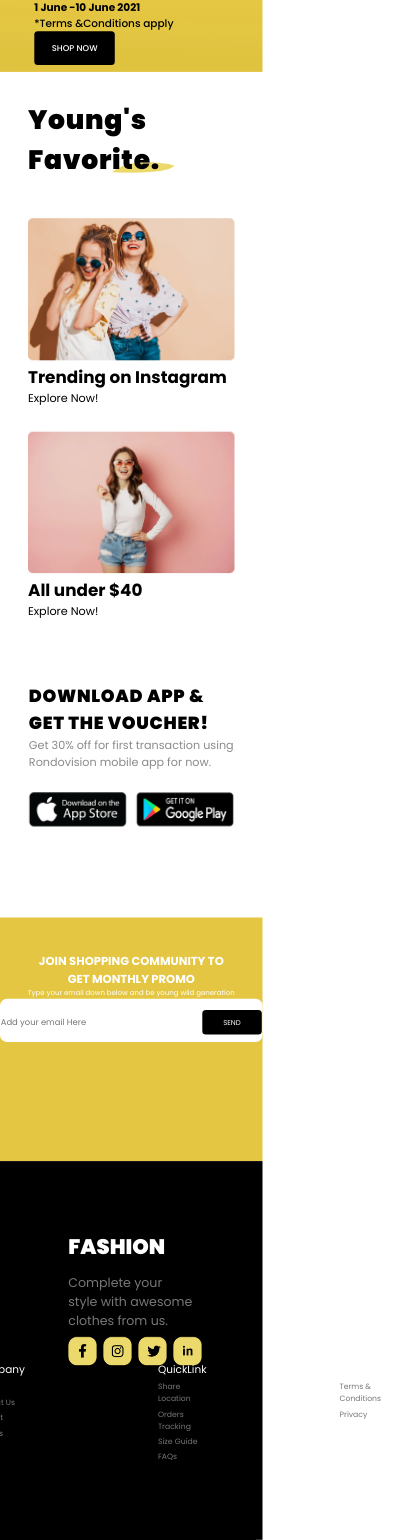
Repository: isaacCodes1/FashionWebsite
Page: index.html
An editor plug-in stored every save of this project. The page is shown before and after a run of saves, followed by the edit.
The browser window is 375 px wide. The page is 564 px wide, so the pictures cover 564 px, including what lies to the right of the window. The pictures show the part of the page from y = 3304 to 5544 px (the page is 5504 px tall before and 5544 px after), at 70% of full size.

Above is the page before, as saved 2024-03-18 12:09:06.

### index.html
<!DOCTYPE html>
<html lang="en">
  <head>
    <meta charset="UTF-8" />
    <meta name="viewport" content="width=device-width, initial-scale=1.0" />
    <title>Shopping Site Assignment</title>
    <link rel="stylesheet" href="style.css" />
    <link rel="stylesheet" href="/Media Query.css">
  </head>
  <body>
    <header>
      <nav>
        <!--------- NavItems ------->
        <div class="image">
          <a href="#"><img src="/Assets/Vector (3).png" />FASHION</a>
        </div>
        <div class="navItems">
          <ul>
            <li><a href="#">CATALOGUE</a></li>
            <li><a href="#">FASHION</a></li>
            <li><a href="#">FAVORITE</a></li>
            <li><a href="#">LIFESTYLE</a></li>
          </ul>
          <button>SIGN UP</button>
        </div>
      </nav>
    </header>
    <main>
      <!------- FirstPage ------>
      <section class="firstPageCont">
        <div class="FirstPage">
          <div class="txtCont">
            <h1>
              <span class="spn1">LET'S <br /></span>EXPLORE <br />
              <span class="spn2">UNIQUE <br /></span>CLOTHES.
            </h1>
            <p>Live for Influential and Innovative fashion!</p>
            <div class="txtBtn">
              <img src="/Assets/Vector 9.png" alt="" />
              <button class="btns">Shop Now</button>
            </div>
          </div>
          <div class="imgCont">
            <div class="star1"><img src="/Assets/Star 11.png" alt="" /></div>
            <div class="star2"><img src="/Assets/Star 11.png" alt="" /></div>
            <div class="star3"><img src="/Assets/Star 11.png" alt="" /></div>
            <div class="star4"><img src="/Assets/Star 11.png" alt="" /></div>
            <img src="/Assets/girl.png" alt="" />
          </div>
        </div>
      </section>
      <!------ Logos ------->
      <section class="firstPageFooter">
        <div class="logoCont">
          <img src="/Assets/HM.png" alt="" />
          <img src="/Assets/Obey.png" alt="" />
          <img src="/Assets/Shopify.png" alt="" />
          <img src="/Assets/Lacoste.png" alt="" />
          <img src="/Assets/Levis.png" alt="" />
          <img src="/Assets/Amazon.png" alt="" />
        </div>
      </section>
      <section class="nextPageCont">
        <div class="nextPageText">
          <h1>NEW ARRIVALS</h1>
          <img src="/Assets/Vector 9.png" alt="" />
        </div>
        <div class="prettyImages">
          <div class="Images">
            <div class="prettyImg">
              <img src="/Assets/image1.png" alt="" />
            </div>
            <div class="prettyText">
              <div class="txtIcon">
                <h1>Hoodies & Sweatshirt</h1>
                <p>Explore Now!</p>
              </div>
              <div class="icons"></div>
            </div>
          </div>
          <div class="Images">
            <div class="prettyImg">
              <img src="/Assets/image2.png" alt="" />
            </div>
            <div class="prettyText">
              <div class="txtIcon">
                <h1>Coats & Parkas</h1>
                <p>Explore Now!</p>
              </div>
              <div class="icons"></div>
            </div>
          </div>
          <div class="Images">
            <div class="prettyImg">
              <img src="/Assets/image3.png" alt="" />
            </div>
            <div class="prettyText">
              <div class="txtIcon">
                <h1>Tees & T-Shirt</h1>
                <p>Explore Now!</p>
              </div>
              <div class="icons"></div>
            </div>
          </div>
        </div>
      </section>
      <section class="payDay">
        <div class="genDiv">
          <div class="yellowImg">
            <img src="/Assets/image 12.png" alt="" />
          </div>
          <div class="yellowTxt">
            <h1><span class="spn3">PAYDAY</span>SALE NOW</h1>
            <p>
              Spend minimal $100 get 30% off <br />voucher code for your next
              purchase
            </p>
            <p><strong>1 June -10 June 2021</strong></p>
            <p class="para">*Terms &Conditions apply</p>
            <button class="btn">SHOP NOW</button>
          </div>
        </div>
      </section>
      <!--------   Images   ------->
      <section class="nextPageCont">
        <div class="nextPageText">
          <h1>Young's Favorite.</h1>
          <img class="vector" src="/Assets/Vector 9.png" alt="" />
        </div>
        <div class="prettyImages">
          <div class="Images">
            <div class="prettyImg">
              <img src="/Assets/Girls.png" alt="" />
            </div>
            <div class="prettyText">
              <div class="txtIcon">
                <h1>Trending on Instagram</h1>
                <p>Explore Now!</p>
              </div>
              <div class="icons"></div>
            </div>
          </div>

          <div class="Images">
            <div class="prettyImg">
              <img src="/Assets/Rectangle 49.png" alt="" />
            </div>
            <div class="prettyText">
              <div class="txtIcon">
                <h1>All under $40</h1>
                <p>Explore Now!</p>
              </div>
              <div class="icons"></div>
            </div>
          </div>
        </div>
      </section>
      <!---- Apps----->
      <section class="nextPageCont2">
        <div class="nextPageText2">
          <h1>DOWNLOAD APP & <br />GET THE VOUCHER!</h1>
          <p>
            Get 30% off for first transaction using <br />Rondovision mobile app
            for now.
          </p>
          <div class="store">
            <a href="https://www.apple.com/store"
              ><img src="/Assets/Apple Store.png" alt=""
            /></a>
            <a href="https://play.google.com/store/games?hl=en&gl=US&pli=1"
              ><img src="/Assets/Google Play.png" alt=""
            /></a>
          </div>
        </div>
        <div class="Images2">
          <div class="prettyImg2">
            <img src="/Assets/Mobile app.png" alt="" />
            <div class="circle1"><img src="/Assets/circle.png" alt="" /></div>
            <div class="circley"><img src="/Assets/circle y.png" alt="" /></div>
            <div class="circleye">
              <img src="/Assets/circle y.png" alt="" />
            </div>
            <div class="circle2"><img src="/Assets/circle.png" alt="" /></div>
            <div class="bigC"><img src="/Assets/back1.png" alt="" /></div>
            <div class="largeC">
              <img src="/Assets/lagrescircle.png" alt="" />
            </div>
            <div class="largeC1">
              <img src="/Assets/lagrescircle.png" alt="" />
            </div>
          </div>
        </div>
        <div class="icons"></div>
      </section>
      <!------ Footer ------>
      <section class="footer">
        <div class="footerDiv">
          <div class="h1footer">
            <h1>
              JOIN SHOPPING COMMUNITY TO <br />
              GET MONTHLY PROMO
            </h1>
          </div>
          <div class="pFooter">
            <p>Type your email down below and be young wild generation</p>
            <div class="input">
              <input
                class="input"
                type="text"
                placeholder="Add your email Here"
              />
              <a href="https://mail.google.com/mail/u/0/#inbox">SEND</a>
            </div>
          </div>
        </div>
      </section>
      <section class="foot">
        <div class="footDiv">
          <div class="footTxt">
            <h1>FASHION</h1>
            <p>
              Complete your style with awesome <br />
              clothes from us.
            </p>
            <div class="socialIcons">
              <div class="icon">
                <a
                  href="https://www.facebook.com/profile.php?id=61551880766580"
                >
                  <img src="/Assets/Facebook.png" alt=""
                /></a>
              </div>
              <div class="icon">
                <a href="https://www.instagram.com/"
                  ><img src="/Assets/Instagram.png" alt=""
                /></a>
              </div>
              <div class="icon">
                <a href="#"><img src="/Assets/Twitter.png" alt="" /></a>
              </div>
              <div class="icon">
                <a href="#"><img src="/Assets/Linkedn.png" alt="" /></a>
              </div>
            </div>
          </div>

          <div class="socialIcons">
            <div class="links">
              <div class="links1"><a href="">Company</a></div>
              <div class="links2"><a href="">About</a></div>
              <div class="links2"><a href="">Contact Us</a></div>
              <div class="links2"><a href="">Support</a></div>
              <div class="links2"><a href="">Careers</a></div>
            </div>
            <div class="links">
              <div class="links1"><a href="">QuickLink</a></div>
              <div class="links2"><a href="">Share Location</a></div>
              <div class="links2"><a href="">Orders Tracking</a></div>
              <div class="links2"><a href="">Size Guide</a></div>
              <div class="links2"><a href="">FAQs</a></div>
            </div>
            <div class="links">
              <div class="links1"><a href="">Legal</a></div>
              <div class="links2"><a href="">Terms & Conditions</a></div>
              <div class="links2"><a href="">Privacy</a></div>
            </div>
          </div>
        </div>
      </section>
    </main>
  </body>
</html>

### style.css
@import url("https://fonts.googleapis.com/css2?family=Poppins:ital,wght@0,100;0,200;0,300;0,400;0,500;0,600;0,700;0,800;0,900;1,100;1,200;1,300;1,400;1,500;1,600;1,700;1,800;1,900&display=swap");
* {
  margin: 0;
  padding: 0;
  box-sizing: border-box;
  font-family: "Poppins", sans-serif;
}
nav {
  display: flex;
  align-items: center;
  justify-content: space-between;
  width: 100%;
  padding: 20px 40px;
}
.image a {
  display: flex;
  align-items: center;
  gap: 6px;
  text-decoration: none;
  color: #000;
  font-size: 16px;
  font-weight: 900;
}
.image a img {
  width: 16%;
}
.navItems {
  display: flex;
  gap: 30px;
  align-items: center;
}
.navItems ul {
  display: flex;
  gap: 30px;
  list-style: none;
}
.navItems ul li a {
  text-decoration: none;
  color: #000;
  font-size: 16px;
  font-weight: 500;
}
.navItems ul li:hover {
  transform: scale(1.05);
  transition: 1s ease-in-out;
}
.navItems button {
  border: 0;
  background: #000;
  padding: 10px 20px;
  color: #fff;
  border-radius: 5px;
  font-size: 13px;
}
.navItems button:hover {
  transform: scale(1.05);
  transition: 1s ease-in-out;
  color: #000;
  background: rgb(137, 136, 136);
}
/* firstPageCtn */
.firstPageCont {
  padding: 20px 40px;
}
.FirstPage {
  display: flex;
  flex: 1;
  width: 100%;
  height: 90vh;
  padding: 40px 10px 0px 10px;
  border-radius: 30px;
  background: #f4f6f5;
}
.txtCont {
  display: flex;
  flex: 0.5;
  flex-direction: column;
  gap: 10px;
  padding-left: 40px;
}

.txtCont h1 {
  font-size: 64px;
  font-weight: 900;
  width: 50%;
  line-height: 75px;
}

.txtCont p {
  font-size: 20px;
}
.txtBtn {
  display: flex;
  align-items: center;
  width: 80%;
  margin-top: 10px;
  gap: 10px;
}
.btns {
  border: 0;
  background: #000;
  padding: 10px 20px;
  color: #fff;
  border-radius: 5px;
  font-size: 19px;
}
.btns:hover {
  transform: scale(1.05);
  transition: 1s ease-in-out;
  color: #000;
  background: rgb(137, 136, 136);
}
.txtBtn img {
  width: 100px;
}
.imgCont {
  flex: 0.5;
  display: flex;
  position: relative;
}
.star1 {
  position: absolute;
  top: 5px;
  left: 10px;
}
.star1 img {
  width: 30px;
}
.star2 {
  position: absolute;
  top: 20px;
  left: 450px;
}
.star2 img {
  width: 30px;
}
.star3 {
  position: absolute;
  bottom: 10px;
  left: 70px;
}
.star3 img {
  width: 30px;
}
.star4 {
  position: absolute;
  bottom: 20px;
  left: 400px;
}
.star4 img {
  width: 30px;
}
.spn1 {
  display: flex;
  align-items: center;
  background-image: url(/Assets/rectangle1.png);
  background-size: cover;
  background-repeat: no-repeat;
  width: 100%;
  padding-left: 20px;
}
.spn2 {
  background-image: url(/Assets/Rectangle2.png);
  background-size: cover;
  background-repeat: no-repeat;
  padding-right: 50px;
  padding-left: 20px;
}
/* next Page */
.firstPageFooter {
  background: #ebd96b;
  padding: 20px 30px;
  display: flex;
  align-items: center;
  justify-content: center;
}
.logoCont {
  display: flex;
  justify-content: center;
  gap: 50px;
}
.logoCont img {
  width: 7%;
}
.nextPageCont {
  margin-top: 20px;
  padding: 20px 40px;
  display: flex;
  flex-direction: column;
  gap: 55px;
  margin-bottom: 50px;
}
.nextPageText {
  position: relative;
}
.nextPageText h1 {
  font-size: 38px;
  letter-spacing: 1px;
  font-weight: 900;
}
.nextPageText img {
  position: absolute;
  bottom: 5px;
  left: 200px;
  width: 10%;
  z-index: -1;
}
.prettyImages {
  display: flex;
  gap: 35px;
}

.prettyImg img {
  width: 100%;
}
.payDay {
  background: linear-gradient(
    1.32deg,
    #e0c340 0.13%,
    #dfc23e 3.97%,
    #e1c441 7.2%,
    #e3c743 10.13%,
    #e4c542 12.98%,
    #e6c744 15.99%,
    #e7c845 19.52%,
    #e5c643 23.96%,
    #e6c945 30.43%,
    #e3c743 36.49%,
    #e9ca48 42.49%,
    #edce49 49.35%,
    #f0d44c 55.42%,
    #f4d84f 61.43%,
    #f6da52 65.74%,
    #f7db53 72.23%,
    #f9dd55 77.43%,
    #f9df56 83.84%,
    #fae157 91.52%,
    #f9df56 97.87%
  );
}
.yellowTxt {
  flex-direction: column;
  margin-bottom: 10px;
}
.yellowTxt h1 {
  font-size: 65px;
  font-weight: 900;
}
.yellowTxt p {
  font-size: 22px;
  font-weight: 500;
}

.yellowImg img {
  flex: 0.5;
  display: flex;
  width: 600px;
  position: relative;
}

.genDiv {
  display: flex;
  align-items: center;
}
.btn {
  border: 0;
  background: #000;
  padding: 15px 25px;
  color: #fff;
  border-radius: 5px;
  font-size: 18px;
  font-weight: 500;
}
.btn:hover {
  transform: scale(1.05);
  transition: 1s ease-in-out;
  color: #000;
  background: rgb(137, 136, 136);
}
.spn3 {
  display: flex;
  background-image: url(/Assets/rectangle1.png);
  background-size: cover;
  background-repeat: no-repeat;
  width: 300px;
}
.nxtSect {
  margin-top: 20px;
  padding: 20px 40px;
  display: flex;
  flex-direction: column;
  gap: 50px;
  margin-bottom: 50px;
}
.nxtSectText {
  position: relative;
}
.nxtSectText h1 {
  font-size: 38px;
  letter-spacing: 1px;
  font-weight: 900;
}
.nxtSectText img {
  position: absolute;
  bottom: 6px;
  left: 250px;
  width: 10%;
  z-index: -1;
}
.assetText {
  display: flex;
  flex-direction: column;
}

/* storeSection */
.nextPageCont1 {
  margin-top: 20px;
  padding: 20px 40px;
  display: flex;
  flex-direction: column;
  gap: 50px;
  margin-bottom: 50px;
}
.nextPageText1 {
  position: relative;
  margin-left: 70px;
}
.nextPageText1 h1 {
  font-size: 38px;
  letter-spacing: 1px;
  font-weight: 900;
}
.prettyImages1 {
  display: flex;
  gap: 35px;
}
.prettyImg1 img {
  width: 40%;
  cursor: pointer;
}
.Images2 {
  display: flex;
}
.prettyImg2 {
  position: relative;
}
.prettyImg2 img {
  width: 70;
  height: 500px;
  margin-left: 70px;
}
.nextPageCont2 {
  margin-top: 20px;
  padding: 20px 40px;
  display: flex;
  gap: 50px;
  margin-bottom: 50px;
  display: flex;
  justify-content: space-between;
  align-items: center;
}
.nextPageText2 {
  display: flex;
  flex-direction: column;
  margin-left: 50px;
}
.nextPageText2 p {
  margin-bottom: 30px;
  color: #898a89;
}
.nextPageText2 h1 {
  font-size: 30px;
  letter-spacing: 1px;
  font-weight: 900;
}
.nextPageText2 img {
  width: 30%;
  cursor: pointer;
  display: flex;
}
.store {
  display: flex;
  justify-content: space-between;

}
.store a img{
   width: 140px;
   gap: 50px;
}
.circle1 {
  position: absolute;
  right: 350px;
  bottom: 500px;
}
.circle1 img {
  width: 15px;
  height: 15px;
  display: flex;
}
.circley {
  position: absolute;
  right: 0;
  bottom: 470px;
}
.circley img {
  width: 30px;
  height: 30px;
}
.circleye {
  position: absolute;
  right: 400px;
  bottom: 60px;
}
.circleye img {
  width: 17px;
  height: 17px;
}
.circle2 {
  position: absolute;
  right: 0;
  bottom: 100px;
}
.circle2 img {
  width: 10px;
  height: 10px;
}
.elipses {
  position: absolute;
}
.bigC {
  position: absolute;
  right: -12px;
  bottom: 100px;
  z-index: -1;
}
.bigC img {
  width: 300px;
  height: 300px;
  background: transparent;
}

.largeC {
  position: absolute;
  right: -41px;
  bottom: 70px;
  z-index: -1;
}
.largeC img {
  width: 360px;
  height: 360px;
  /* background: transparent; */
}
.largeC1 {
  position: absolute;
  right: -70px;
  bottom: 50px;
  z-index: -1;
}
.largeC1 img {
  width: 420px;
  height: 400px;
}
.footerDiv {
  background: #e5c643;
  padding-bottom: 170px;
}
.h1footer {
  color: #fff;
  text-align: center;
  padding-top: 50px;
  font-size: 30px;
  font-weight: 1000;
}
.pFooter {
  display: flex;
  flex-direction: column;
  justify-content: center;
  align-items: center;
  text-align: center;
  color: #fff;
  font-size: 30px;
}

.input {
  background: #fff;
  width: 40%;
  padding: 5px 0px;
  border-radius: 10px;
}
.input input {
  background: none;
  border: 0;
  padding: 13px 0px 13px 0px;
  width: 76%;
  font-size: 17px;
  outline: 0;
}
.input a {
  font-size: 20px;
  text-decoration: 0;
  color: #fff;
  background: #000;
  padding: 10px 30px;
  border-radius: 5px;
}
.input a:hover{
  transform: scale(1.05);
  transition: 1s ease-in-out;
  color: #000;
  background: rgb(137, 136, 136);
}

.footDiv {
  display: flex;
  background: #000;

  place-items: center;
  padding: 100px;
}

.footTxt {
  display: flex;
  flex-direction: column;
  gap: 15px;
}
.footTxt h1 {
  color: #fff;
  font-size: 30px;
  font-weight: 900;
}
.footTxt p {
  color: #777;
  font-size: 18px;
}
.socialIcons {
  display: flex;
  gap: 20px;
}

.icon {
  background: #ebd96b;
  width: 30px;
  display: flex;
  align-items: center;
  justify-content: center;
  height: 30px;
  border-radius: 8px;
}
.icon img {
  display: flex;
  align-items: center;
  width: 40px;
  place-items: center;
}
.links {
  margin-left: 150px;
  padding-right: 20px;
  margin-bottom: 50px;
}
.links1 a{
  color: #fff;
  font-size: 18px;
  text-decoration: none;
}
.links2 a{
  text-decoration: none;
  color: #777;
  font-size: 11px;
}
.links1 {
  display: flex;
  flex-direction: column;
  color: #fff;
  font-size: 18px;
  margin-top: 0px;
}
.links2 {
  color: #777;
  font-size: 11px;
  padding-top: 5px;
}

### Media Query.css
@media (max-width: 488px) {
  nav {
    flex-direction: column;
    gap: 10px;
  }
  .navItems {
    flex-direction: column;
    gap: 10px;
  }
  .navItems ul {
    gap: 15px;
  }
  .navItems ul li a {
    font-size: 13px;
  }
  .firstPageCont {
    padding: 0px;
  }
  .FirstPage {
    flex-direction: column;
    height: auto;
    padding: 0px;
  }

  .txtCont h1 {
    font-size: 50px;
    width: 100%;
  }
  .txtCont p {
    font-size: 15px;
  }
  .btns {
    font-size: 12px;
  }
  .imgCont {
    flex-direction: column;
    width: 100%;
    display: flex;
  }
  .logoCont {
    display: flex;
    justify-content: center;
    gap: 20px;
  }
  .logoCont img {
    width: 10%;
  }
  .prettyImages {
    display: flex;
    flex-direction: column;
  }
  .nextPageText img {
    position: absolute;
    bottom: 10px;
    left: 120px;
    width: 30%;
    z-index: -1;
  }
  .cardsContainer {
    display: flex;
    flex-direction: column;
    gap: 20px;
  }
  .genDiv {
    display: flex;
    flex-direction: column;
  }
  .yellowImg img {
    width: 100%;
  }
  .yellowTxt h1 {
    font-size: 40px;
  }
  .spn3 {
    width: 200px;
  }
  .yellowTxt p {
    font-size: 15px;
  }
  .btn {
    font-size: 12px;
  }
  .nextPageCont2 {
    display: flex;
    flex-direction: column;
    margin-bottom: 10px;
  }
  .nextPageText2 {
    margin-left: 0;
  }
  .nextPageText2 h1 {
    font-size: 25px;
  }
  .prettyImg2 {
    display: none;
  }
  .footerDiv {
    margin-left: 0;
  }
  .h1footer {
    font-size: 11px;
    text-align: 20px;
  }
  .pFooter {
    font-size: 10px;
  }
  .input {
    width: 100%;
  }
  .input::placeholder {
    font-size: 12px;
  }
  .input a {
    font-size: 10px;
  }
  .footDiv {
    display: flex;
    flex-direction: column;
  }
  .links{
    margin-bottom: 10px;
  }
  .icon a {
    width: 100%;
  }
  .links1 a {
    font-size: 15px;
  }
}

After the next 2 saves:
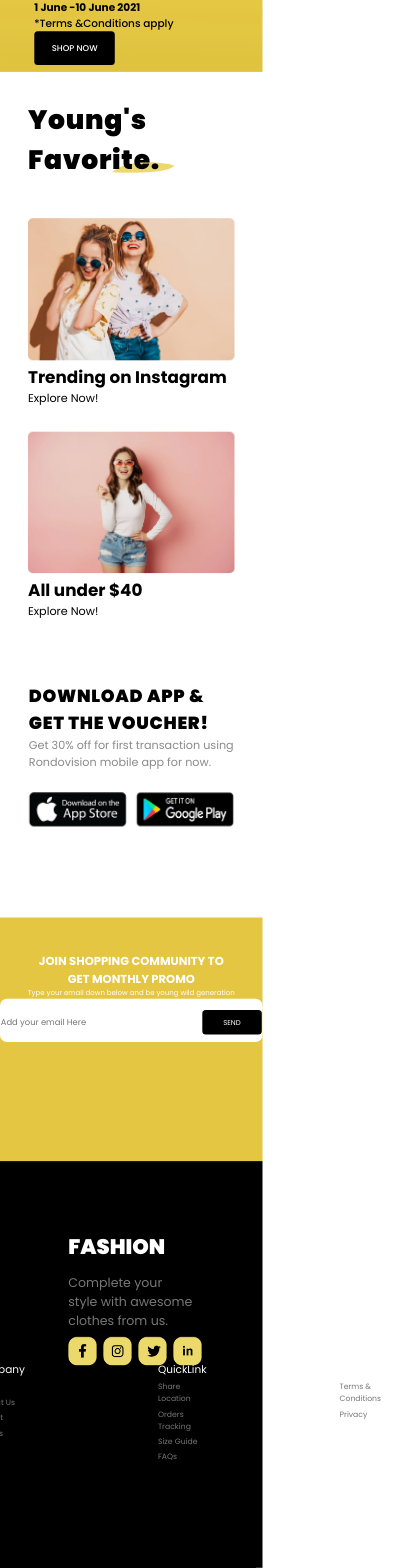
The 2 saves are shown as one change because they came seconds apart.
The last was saved 13 s later.
--- a/Media Query.css
+++ b/Media Query.css
@@ -117,8 +117,8 @@
     display: flex;
     flex-direction: column;
   }
-  .links{
-    margin-bottom: 10px;
+  .links {
+    gap: 5px;
   }
   .icon a {
     width: 100%;
